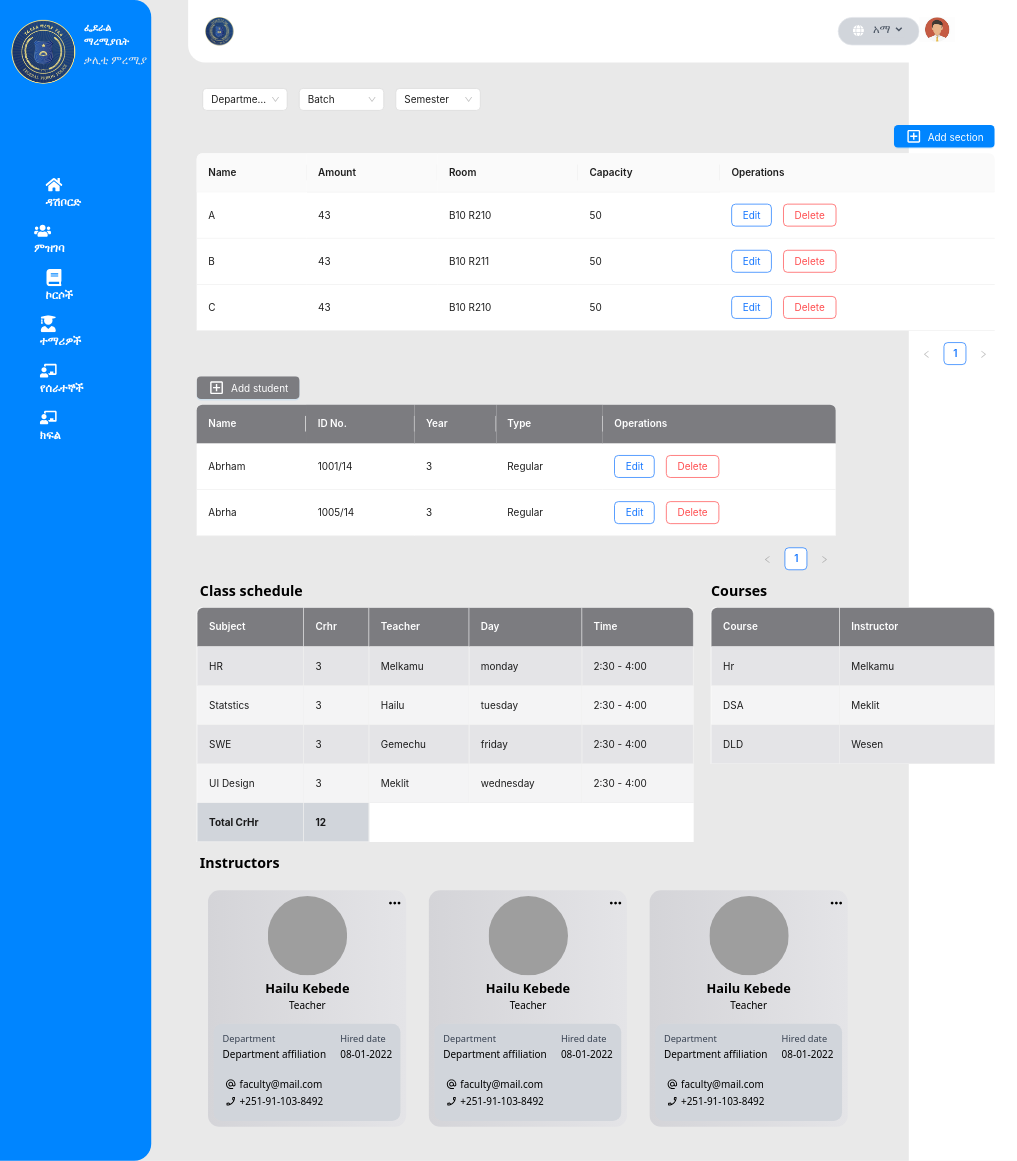
Repository: Yigoya/federal-prison-education-ms-frontend
Page: /classroom, after clicking the first element matching `td.ant-table-cell > a`
An editor plug-in stored every save of this project. The page is shown before and after the next save, followed by the edit.
The browser window is 1280 px wide. The page is 1433 px wide, so the pictures cover 1433 px, including what lies to the right of the window. The pictures show the whole page, at 71% of full size.
Pictures or frames that could not be fetched are drawn as grey boxes. The project was rebuilt for these pictures with package versions that can differ from the ones it lists, and the page was loaded fresh each time. Also part of the build but not shown: vite.config.js, src/pages/DashBoard.jsx, src/pages/Courses.jsx, src/layout/AuthLayout.jsx, src/pages/Login.jsx, src/pages/Teachers.jsx, src/pages/StudentRegistration.jsx, src/components/classroom/ComboBox.jsx and 1 more. Imported but missing from the stored project, and not drawn on this page: src/pages/Students.

Above is the page before, as saved 2024-07-05 15:23:08.

After the next save:
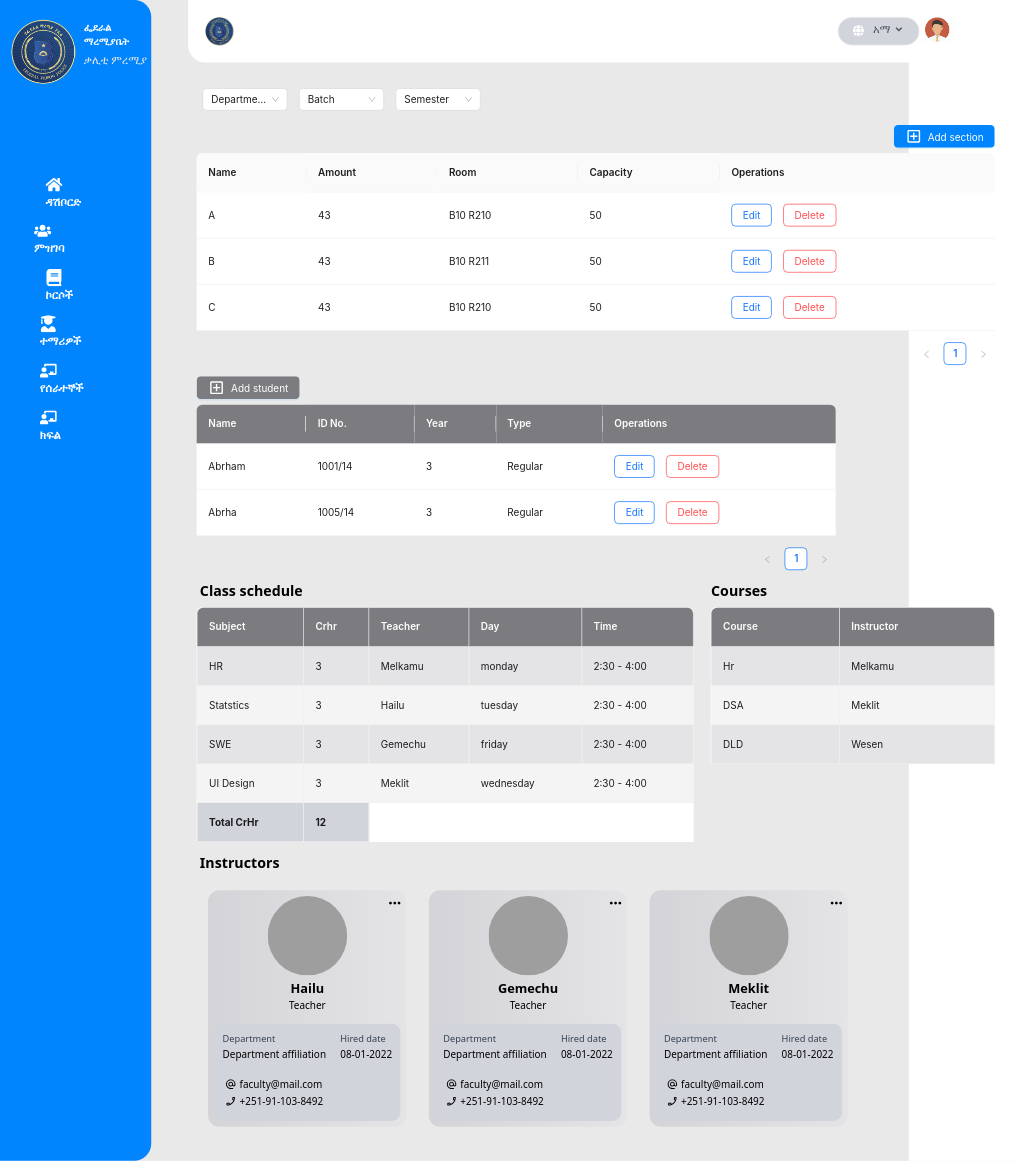
Saved 11 s later.
--- a/src/components/classroom/InstructorDetails.jsx
+++ b/src/components/classroom/InstructorDetails.jsx
@@ -18,7 +18,7 @@
           </div>
         </div>
 
-        <h1 className="text-lg mt-1 font-semibold">Hailu Kebede</h1>
+        <h1 className="text-lg mt-1 font-semibold">{instructor}</h1>
         <p className="text-sm">Teacher</p>
       </div>
 
